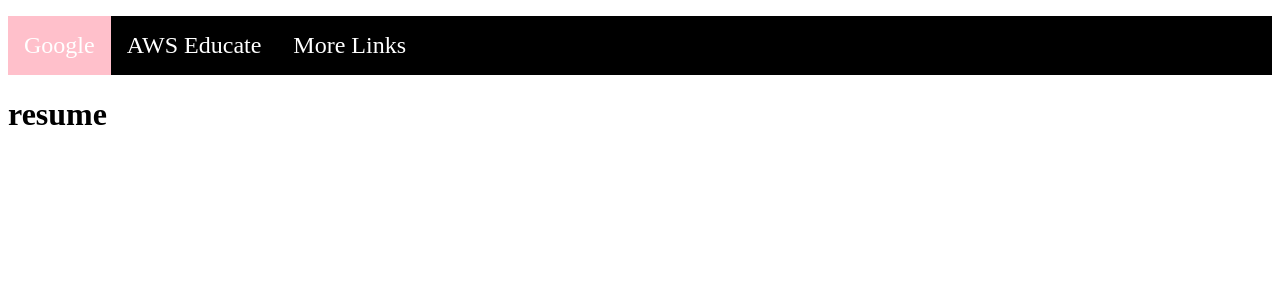
Repository: Dankusmemius/Dankusmemius.github.io
Page: resume.html
The author's editor kept a record of every edit. The page is drawn from the files as they stood at one moment, then again after the next edit.
The browser window is 1280 px wide. The pictures show the whole page.
The pointer rests on the first visible `.navbar li`.

Above is the page before.

### resume.html
<!DOCTYPE html>
<html>
  <head>
  <title>Home</title>
  <style>

    .navbar{
      list-style: none;
      background-color: black;
      overflow: hidden;
      padding: 0;
    }

    .navbar a, .dropdown div{
      text-decoration: none;
      color: white;
      font-size: 24px;
      padding: 16px;
      display: inline-block;
    }
    .navbar li{
      float: left;
    }

    .navbar li:hover{
      background-color: pink;
    }

    .dropdown-content{
      list-style: none;
      padding: 0;
      display: none;
      position: absolute;
      z-index: 1;
      background-color: black;
    }

    .dropdown-content li{
      float:none;
    }

    .dropdown:hover .dropdown-content{
      display: block;
    }

  </style>

  </head>
  <body>
    <ul class="navbar">
      <li><a href="https://www.google.com">Google</a></li>
      <li><a href="http://awseducate.com">AWS Educate</a></li>
      <li class = "dropdown">
        <div>More Links</div>
        <ul class="dropdown-content">
          <li><a href="#">Project 1</a></li>
          <li><a href="#">Project 2</a></li>
          <li><a href="#">Project 3</a></li>
        </ul>
      </li>

    </ul>
    <h1>resume</h1>

  </body>
</html>

After the next edit:
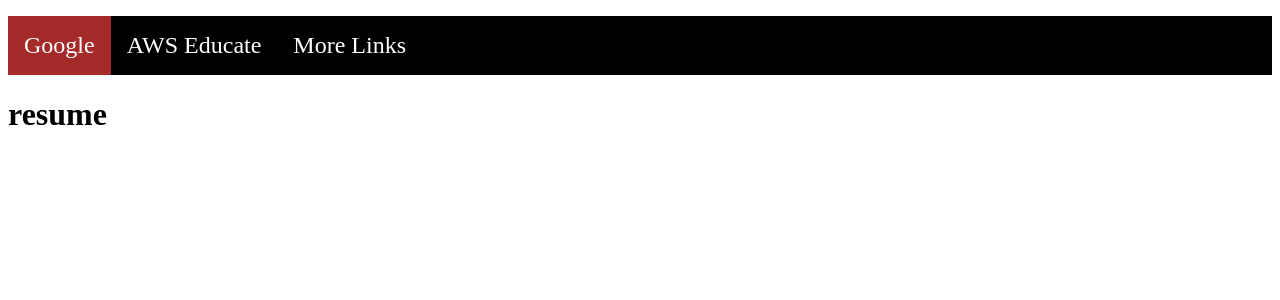
The edit:
--- a/resume.html
+++ b/resume.html
@@ -23,7 +23,7 @@
     }
 
     .navbar li:hover{
-      background-color: pink;
+      background-color: brown;
     }
 
     .dropdown-content{
